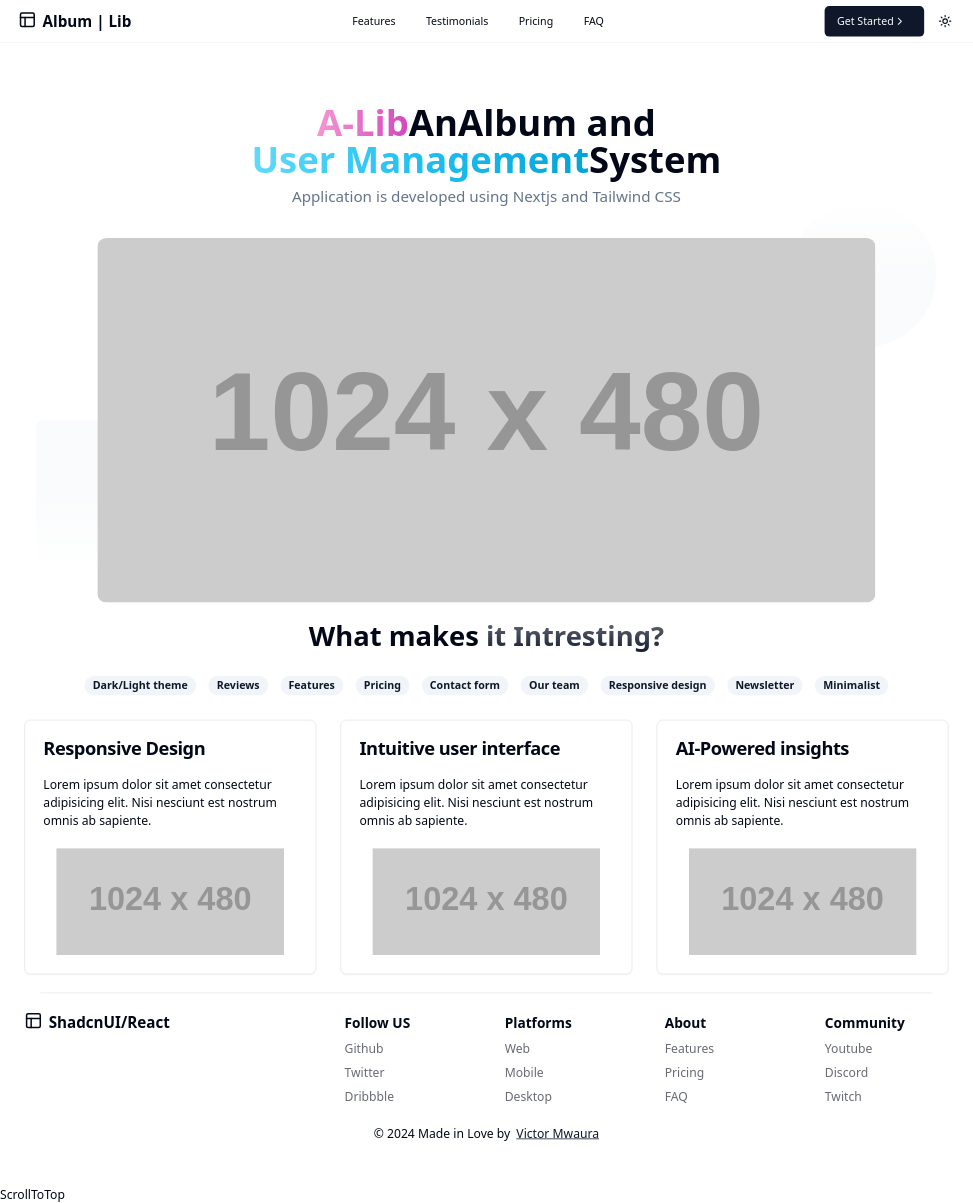
Repository: DevLaukey/savannah-informatics-test
Page: /
The author's editor kept a copy of each file at every save. The page is drawn from the files as they stood at one save, then again after the next save.
The browser window is 1280 px wide. The pictures show the whole page, at 76% of full size.
The project was rebuilt for these pictures with package versions that can differ from the ones it lists, and the page was loaded fresh each time. The framework's server and built-in components were replaced by stand-ins that run in the browser. Also part of the build but not shown: next.config.mjs.

Above is the page before, as saved 2024-06-04 22:33:05.

### app/layout.jsx
import "./globals.css";
import { Inter as FontSans } from "next/font/google";

import { cn } from "@/lib/utils";
import { ThemeProvider } from "@/lib/theme-provider";

const fontSans = FontSans({
  subsets: ["latin"],
  variable: "--font-sans",
});

export default function RootLayout({ children }) {
  return (
    <html lang="en" suppressHydrationWarning>
      <head />
      <body
        className={cn(
          "min-h-screen bg-background font-sans antialiased",
          fontSans.variable
        )}
      >
        <ThemeProvider
          attribute="class"
          defaultTheme="system"
          enableSystem
          disableTransitionOnChange
        >
          {children}
        </ThemeProvider>
      </body>
    </html>
  );
}

### app/page.jsx
import Footer from "@/components/Footer";
import About from "@/components/landing-page/About";
import Hero from "@/components/landing-page/Hero";
import Navbar from "@/components/Navbar";
import ScrollToTop from "@/components/ScrollToTop";


// this is the landing page
export default function Home() {
  return (
    <>
      <Navbar />
      <Hero />
      <About />
      <Footer />
      <ScrollToTop />
    </>
  );
}

### components/Footer.jsx
import { LogoIcon } from "./Icons";

export const Footer = () => {
  return (
    <footer id="footer">
      <hr className="w-11/12 mx-auto" />

      <section className="container py-6 grid grid-cols-2 md:grid-cols-4 xl:grid-cols-6 gap-x-12 gap-y-8">
        <div className="col-span-full xl:col-span-2">
          <a
            rel="noreferrer noopener"
            href="/"
            className="font-bold text-xl flex"
          >
            <LogoIcon />
            ShadcnUI/React
          </a>
        </div>

        <div className="flex flex-col gap-2">
          <h3 className="font-bold text-lg">Follow US</h3>
          <div>
            <a
              rel="noreferrer noopener"
              href="#"
              className="opacity-60 hover:opacity-100"
            >
              Github
            </a>
          </div>

          <div>
            <a
              rel="noreferrer noopener"
              href="#"
              className="opacity-60 hover:opacity-100"
            >
              Twitter
            </a>
          </div>

          <div>
            <a
              rel="noreferrer noopener"
              href="#"
              className="opacity-60 hover:opacity-100"
            >
              Dribbble
            </a>
          </div>
        </div>

        <div className="flex flex-col gap-2">
          <h3 className="font-bold text-lg">Platforms</h3>
          <div>
            <a
              rel="noreferrer noopener"
              href="#"
              className="opacity-60 hover:opacity-100"
            >
              Web
            </a>
          </div>

          <div>
            <a
              rel="noreferrer noopener"
              href="#"
              className="opacity-60 hover:opacity-100"
            >
              Mobile
            </a>
          </div>

          <div>
            <a
              rel="noreferrer noopener"
              href="#"
              className="opacity-60 hover:opacity-100"
            >
              Desktop
            </a>
          </div>
        </div>

        <div className="flex flex-col gap-2">
          <h3 className="font-bold text-lg">About</h3>
          <div>
            <a
              rel="noreferrer noopener"
              href="#"
              className="opacity-60 hover:opacity-100"
            >
              Features
            </a>
          </div>

          <div>
            <a
              rel="noreferrer noopener"
              href="#"
              className="opacity-60 hover:opacity-100"
            >
              Pricing
            </a>
          </div>

          <div>
            <a
              rel="noreferrer noopener"
              href="#"
              className="opacity-60 hover:opacity-100"
            >
              FAQ
            </a>
          </div>
        </div>

        <div className="flex flex-col gap-2">
          <h3 className="font-bold text-lg">Community</h3>
          <div>
            <a
              rel="noreferrer noopener"
              href="#"
              className="opacity-60 hover:opacity-100"
            >
              Youtube
            </a>
          </div>

          <div>
            <a
              rel="noreferrer noopener"
              href="#"
              className="opacity-60 hover:opacity-100"
            >
              Discord
            </a>
          </div>

          <div>
            <a
              rel="noreferrer noopener"
              href="#"
              className="opacity-60 hover:opacity-100"
            >
              Twitch
            </a>
          </div>
        </div>
      </section>

      <section className="container pb-14 text-center">
        <h3>
          &copy; {new Date().getFullYear()} Made in Love by
          <a
            rel="noreferrer noopener"
            target="_blank"
            href="https://github.com/DevLaukey"
            className="text-primary ml-2 underline transition-all border-primary hover:border-b-2"
          >
            Victor Mwaura
          </a>
        </h3>
      </section>
    </footer>
  );
};

export default Footer;

### components/landing-page/About.jsx
import { Badge } from "@/components/ui/badge";
import {
  Card,
  CardContent,
  CardFooter,
  CardHeader,
  CardTitle,
} from "@/components/ui/card";

const features = [
  {
    title: "Responsive Design",
    description:
      "Lorem ipsum dolor sit amet consectetur adipisicing elit. Nisi nesciunt est nostrum omnis ab sapiente.",
    image: "https://placehold.co/1024x480",
  },
  {
    title: "Intuitive user interface",
    description:
      "Lorem ipsum dolor sit amet consectetur adipisicing elit. Nisi nesciunt est nostrum omnis ab sapiente.",
    image: "https://placehold.co/1024x480",
  },
  {
    title: "AI-Powered insights",
    description:
      "Lorem ipsum dolor sit amet consectetur adipisicing elit. Nisi nesciunt est nostrum omnis ab sapiente.",
    image: "https://placehold.co/1024x480",
  },
];

const featureList = [
  "Dark/Light theme",
  "Reviews",
  "Features",
  "Pricing",
  "Contact form",
  "Our team",
  "Responsive design",
  "Newsletter",
  "Minimalist",
];

export const About = () => {
  return (
    <section id="features" className="container py-4 sm:py-6 space-y-8">
      <h2 className="text-3xl lg:text-4xl font-bold md:text-center">

        What makes {""}
        <span className="bg-gradient-to-b from-primary/60 to-primary text-transparent bg-clip-text">
          it Intresting?
        </span>
      </h2>

      <div className="flex flex-wrap md:justify-center gap-4">
        {featureList.map((feature) => (
          <div key={feature}>
            <Badge variant="secondary" className="text-sm">
              {feature}
            </Badge>
          </div>
        ))}
      </div>

      <div className="grid md:grid-cols-2 lg:grid-cols-3 gap-8">
        {features.map(({ title, description, image }) => (
          <Card key={title}>
            <CardHeader>
              <CardTitle>{title}</CardTitle>
            </CardHeader>

            <CardContent>{description}</CardContent>

            <CardFooter>
              <img
                src={image}
                alt="About feature"
                className="w-[200px] lg:w-[300px] mx-auto"
              />
            </CardFooter>
          </Card>
        ))}
      </div>
    </section>
  );
};

export default About;

### components/landing-page/Hero.jsx
const Hero = () => {
  return (
    <>
      {/* Hero */}
      <div className="relative overflow-hidden pt-14 lg:pt-20">
        <div className="container">
          <div className="max-w-2xl text-center mx-auto">
            <main className="text-3xl md:text-5xl font-bold">
              <h1 className="inline-block">
                <span className="inline bg-gradient-to-r from-[#F596D3] to-[#D247BF] text-transparent bg-clip-text">
                  A-Lib
                </span>
                An
              </h1>
              Album and
              <h2 className="inline-block">
                <span className="inline bg-gradient-to-r from-[#61DAFB] via-[#1fc0f1] to-[#03a3d7] text-transparent bg-clip-text">
                  User Management
                </span>
                System
              </h2>
            </main>

            <p className="mt-3 text-xl text-muted-foreground">
              Application is developed using Nextjs and Tailwind CSS
            </p>
          </div>
          <div className="mt-10 relative max-w-5xl mx-auto">
            <img
              src="https://placehold.co/1024x480"
              className="rounded-xl"
              alt="Image Description"
            />
            <div className="absolute bottom-12 -start-20 -z-[1] w-48 h-48 bg-gradient-to-b from-primary-foreground via-primary-foreground to-background p-px rounded-lg">
              <div className="w-48 h-48 rounded-lg bg-background/10" />
            </div>
            <div className="absolute -top-12 -end-20 -z-[1] w-48 h-48 bg-gradient-to-t from-primary-foreground via-primary-foreground to-background p-px rounded-full">
              <div className="w-48 h-48 rounded-full bg-background/10" />
            </div>
          </div>
        </div>
      </div>
      {/* End Hero */}
    </>
  );
};

export default Hero;

### components/Navbar.jsx
"use client";
import React, { useState } from "react";
import {
  NavigationMenu,
  NavigationMenuItem,
  NavigationMenuList,
} from "@/components/ui/navigation-menu";
import {
  Sheet,
  SheetContent,
  SheetHeader,
  SheetTitle,
  SheetTrigger,
} from "@/components/ui/sheet";
import { Button, buttonVariants } from "./ui/button";
import { ChevronRight, Menu } from "lucide-react";
import ModeToggle from "./mode-toggle";
import { LogoIcon } from "./Icons";

const routeList = [
  {
    href: "#features",
    label: "Features",
  },
  {
    href: "#testimonials",
    label: "Testimonials",
  },
  {
    href: "#pricing",
    label: "Pricing",
  },
  {
    href: "#faq",
    label: "FAQ",
  },
];

const Navbar = () => {
  const [isOpen, setIsOpen] = useState(false);
  return (
    <header className="sticky border-b-[1px] top-0 z-40 w-full bg-white dark:border-b-slate-700 dark:bg-background">
      <NavigationMenu className="mx-auto">
        <NavigationMenuList className="container h-14 px-4 w-screen flex justify-between">
          <NavigationMenuItem className="font-bold flex">
            <a
              rel="noreferrer noopener"
              href="/"
              className="ml-2 font-bold text-xl flex"
            >
              <LogoIcon />
              Album | Lib
            </a>
          </NavigationMenuItem>

          {/* mobile */}
          <span className="flex md:hidden">
            <ModeToggle />

            <Sheet open={isOpen} onOpenChange={setIsOpen}>
              <SheetTrigger className="px-2">
                <Menu
                  className="flex md:hidden h-5 w-5"
                  onClick={() => setIsOpen(true)}
                >
                  <span className="sr-only">Menu Icon</span>
                </Menu>
              </SheetTrigger>

              <SheetContent side={"left"}>
                <SheetHeader>
                  <SheetTitle className="font-bold text-xl">
                    Shadcn/React
                  </SheetTitle>
                </SheetHeader>
                <nav className="flex flex-col justify-center items-center gap-2 mt-4">
                  {routeList.map(({ href, label }) => (
                    <a
                      rel="noreferrer noopener"
                      key={label}
                      href={href}
                      onClick={() => setIsOpen(false)}
                      className={buttonVariants({ variant: "ghost" })}
                    >
                      {label}
                    </a>
                  ))}
                  <Button>
                    Get Started
                    <ChevronRight className="mr-2 h-4 w-4" />
                  </Button>
                </nav>
              </SheetContent>
            </Sheet>
          </span>

          {/* desktop */}
          <nav className="hidden md:flex gap-2">
            {routeList.map((route, i) => (
              <a
                rel="noreferrer noopener"
                href={route.href}
                key={i}
                className={`text-[17px] ${buttonVariants({
                  variant: "ghost",
                })}`}
              >
                {route.label}
              </a>
            ))}
          </nav>

          <div className="hidden md:flex gap-2">
            <Button>
              Get Started
              <ChevronRight className="mr-2 h-4 w-4" />
            </Button>
            <ModeToggle />
          </div>
        </NavigationMenuList>
      </NavigationMenu>
    </header>
  );
};
export default Navbar;

### components/ScrollToTop.jsx
import React from 'react'

function ScrollToTop() {
  return (
    <div>ScrollToTop</div>
  )
}

export default ScrollToTop

### components/Icons.jsx
export const LogoIcon = () => {
  return (
    <svg
      xmlns="http://www.w3.org/2000/svg"
      viewBox="0 0 24 24"
      fill="none"
      stroke="currentColor"
      strokeWidth="2"
      strokeLinecap="round"
      strokeLinejoin="round"
      className="lucide lucide-panels-top-left mr-2 w-6 h-6"
    >
      <rect width="18" height="18" x="3" y="3" rx="2" />
      <path d="M3 9h18" />
      <path d="M9 21V9" />
    </svg>
  );
};

### components/ui/badge.jsx
import * as React from "react"
import { cva } from "class-variance-authority";

import { cn } from "@/lib/utils"

const badgeVariants = cva(
  "inline-flex items-center rounded-full border px-2.5 py-0.5 text-xs font-semibold transition-colors focus:outline-none focus:ring-2 focus:ring-ring focus:ring-offset-2",
  {
    variants: {
      variant: {
        default:
          "border-transparent bg-primary text-primary-foreground hover:bg-primary/80",
        secondary:
          "border-transparent bg-secondary text-secondary-foreground hover:bg-secondary/80",
        destructive:
          "border-transparent bg-destructive text-destructive-foreground hover:bg-destructive/80",
        outline: "text-foreground",
      },
    },
    defaultVariants: {
      variant: "default",
    },
  }
)

function Badge({
  className,
  variant,
  ...props
}) {
  return (<div className={cn(badgeVariants({ variant }), className)} {...props} />);
}

export { Badge, badgeVariants }

### components/ui/card.jsx
import * as React from "react"

import { cn } from "@/lib/utils"

const Card = React.forwardRef(({ className, ...props }, ref) => (
  <div
    ref={ref}
    className={cn("rounded-lg border bg-card text-card-foreground shadow-sm", className)}
    {...props} />
))
Card.displayName = "Card"

const CardHeader = React.forwardRef(({ className, ...props }, ref) => (
  <div
    ref={ref}
    className={cn("flex flex-col space-y-1.5 p-6", className)}
    {...props} />
))
CardHeader.displayName = "CardHeader"

const CardTitle = React.forwardRef(({ className, ...props }, ref) => (
  <h3
    ref={ref}
    className={cn("text-2xl font-semibold leading-none tracking-tight", className)}
    {...props} />
))
CardTitle.displayName = "CardTitle"

const CardDescription = React.forwardRef(({ className, ...props }, ref) => (
  <p
    ref={ref}
    className={cn("text-sm text-muted-foreground", className)}
    {...props} />
))
CardDescription.displayName = "CardDescription"

const CardContent = React.forwardRef(({ className, ...props }, ref) => (
  <div ref={ref} className={cn("p-6 pt-0", className)} {...props} />
))
CardContent.displayName = "CardContent"

const CardFooter = React.forwardRef(({ className, ...props }, ref) => (
  <div
    ref={ref}
    className={cn("flex items-center p-6 pt-0", className)}
    {...props} />
))
CardFooter.displayName = "CardFooter"

export { Card, CardHeader, CardFooter, CardTitle, CardDescription, CardContent }

### components/ui/button.jsx
import * as React from "react"
import { Slot } from "@radix-ui/react-slot"
import { cva } from "class-variance-authority";

import { cn } from "@/lib/utils"

const buttonVariants = cva(
  "inline-flex items-center justify-center whitespace-nowrap rounded-md text-sm font-medium ring-offset-background transition-colors focus-visible:outline-none focus-visible:ring-2 focus-visible:ring-ring focus-visible:ring-offset-2 disabled:pointer-events-none disabled:opacity-50",
  {
    variants: {
      variant: {
        default: "bg-primary text-primary-foreground hover:bg-primary/90",
        destructive:
          "bg-destructive text-destructive-foreground hover:bg-destructive/90",
        outline:
          "border border-input bg-background hover:bg-accent hover:text-accent-foreground",
        secondary:
          "bg-secondary text-secondary-foreground hover:bg-secondary/80",
        ghost: "hover:bg-accent hover:text-accent-foreground",
        link: "text-primary underline-offset-4 hover:underline",
      },
      size: {
        default: "h-10 px-4 py-2",
        sm: "h-9 rounded-md px-3",
        lg: "h-11 rounded-md px-8",
        icon: "h-10 w-10",
      },
    },
    defaultVariants: {
      variant: "default",
      size: "default",
    },
  }
)

const Button = React.forwardRef(({ className, variant, size, asChild = false, ...props }, ref) => {
  const Comp = asChild ? Slot : "button"
  return (
    (<Comp
      className={cn(buttonVariants({ variant, size, className }))}
      ref={ref}
      {...props} />)
  );
})
Button.displayName = "Button"

export { Button, buttonVariants }

### components/mode-toggle.jsx
import React from "react";
import { Button } from "@/components/ui/button";
import {
  DropdownMenu,
  DropdownMenuContent,
  DropdownMenuItem,
  DropdownMenuTrigger,
} from "@/components/ui/dropdown-menu";
import { useTheme } from "@/lib/theme-provider";
import { Moon, Sun } from "lucide-react";

export default function ModeToggle() {
  const { setTheme } = useTheme();

  return (
    <DropdownMenu>
      <DropdownMenuTrigger asChild>
        <Button variant="ghost" size="icon" className="ghost">
          <Sun className="h-[1.1rem] w-[1.2rem] rotate-0 scale-100 transition-all dark:-rotate-90 dark:scale-0" />
          <Moon className="absolute h-[1.1rem] w-[1.2rem] rotate-90 scale-0 transition-all dark:rotate-0 dark:scale-100" />
          <span className="sr-only">Toggle theme</span>
        </Button>
      </DropdownMenuTrigger>
      <DropdownMenuContent align="end">
        <DropdownMenuItem onClick={() => setTheme("light")}>
          Light
        </DropdownMenuItem>
        <DropdownMenuItem onClick={() => setTheme("dark")}>
          Dark
        </DropdownMenuItem>
        <DropdownMenuItem onClick={() => setTheme("system")}>
          System
        </DropdownMenuItem>
      </DropdownMenuContent>
    </DropdownMenu>
  );
}

Loaded but not shown: app/globals.css (common file); lib/utils.js (common file); tailwind.config.js (82 lines, source omitted); lib/theme-provider.js (60 lines, source omitted); components/ui/dropdown-menu.jsx (157 lines, source omitted); components/ui/navigation-menu.jsx (104 lines, source omitted); components/ui/sheet.jsx (109 lines, source omitted)

After the next save:
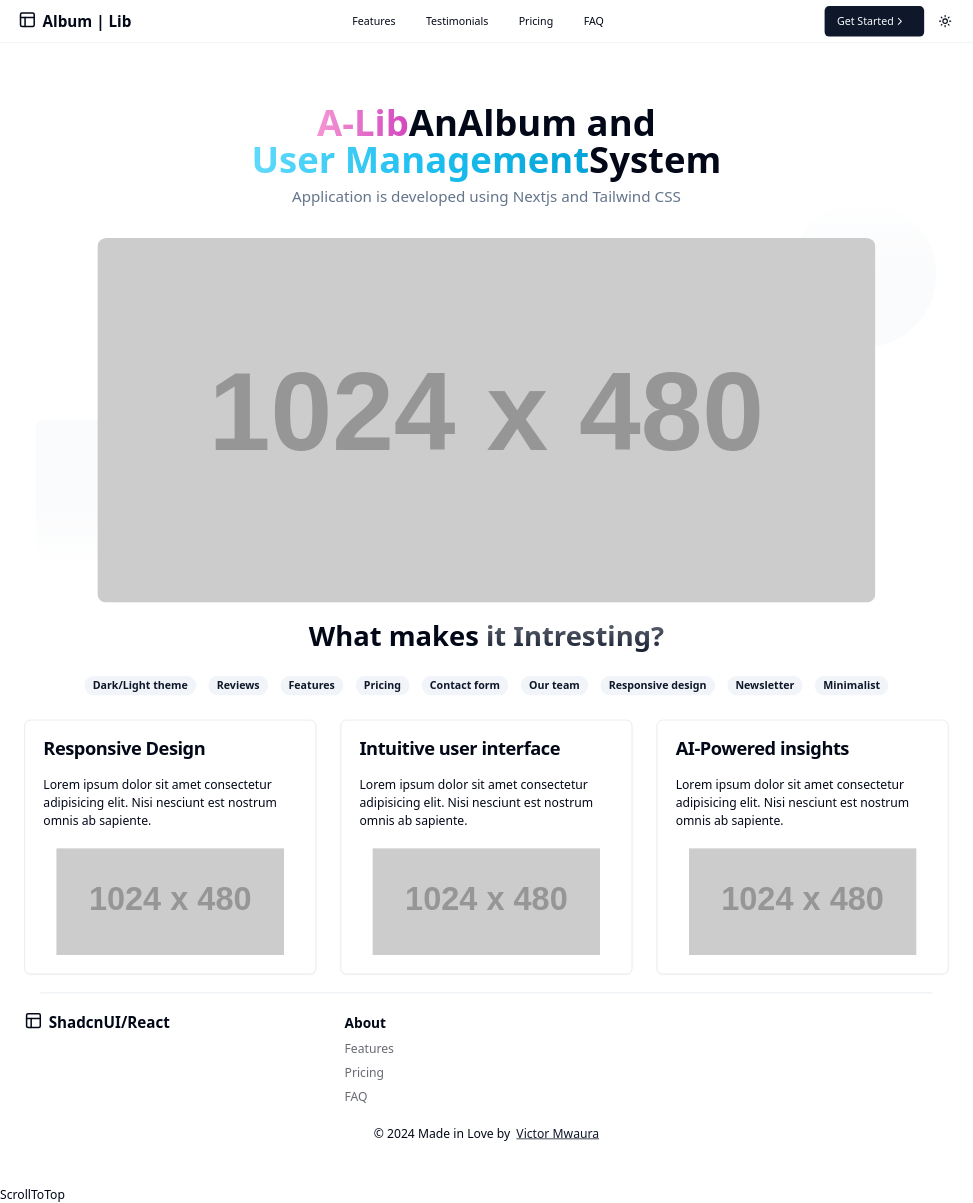
Saved 42 s later.
--- a/components/Footer.jsx
+++ b/components/Footer.jsx
@@ -17,71 +17,7 @@ export const Footer = () => {
           </a>
         </div>
 
-        <div className="flex flex-col gap-2">
-          <h3 className="font-bold text-lg">Follow US</h3>
-          <div>
-            <a
-              rel="noreferrer noopener"
-              href="#"
-              className="opacity-60 hover:opacity-100"
-            >
-              Github
-            </a>
-          </div>
 
-          <div>
-            <a
-              rel="noreferrer noopener"
-              href="#"
-              className="opacity-60 hover:opacity-100"
-            >
-              Twitter
-            </a>
-          </div>
-
-          <div>
-            <a
-              rel="noreferrer noopener"
-              href="#"
-              className="opacity-60 hover:opacity-100"
-            >
-              Dribbble
-            </a>
-          </div>
-        </div>
-
-        <div className="flex flex-col gap-2">
-          <h3 className="font-bold text-lg">Platforms</h3>
-          <div>
-            <a
-              rel="noreferrer noopener"
-              href="#"
-              className="opacity-60 hover:opacity-100"
-            >
-              Web
-            </a>
-          </div>
-
-          <div>
-            <a
-              rel="noreferrer noopener"
-              href="#"
-              className="opacity-60 hover:opacity-100"
-            >
-              Mobile
-            </a>
-          </div>
-
-          <div>
-            <a
-              rel="noreferrer noopener"
-              href="#"
-              className="opacity-60 hover:opacity-100"
-            >
-              Desktop
-            </a>
-          </div>
-        </div>
 
         <div className="flex flex-col gap-2">
           <h3 className="font-bold text-lg">About</h3>
@@ -116,38 +52,7 @@ export const Footer = () => {
           </div>
         </div>
 
-        <div className="flex flex-col gap-2">
-          <h3 className="font-bold text-lg">Community</h3>
-          <div>
-            <a
-              rel="noreferrer noopener"
-              href="#"
-              className="opacity-60 hover:opacity-100"
-            >
-              Youtube
-            </a>
-          </div>
 
-          <div>
-            <a
-              rel="noreferrer noopener"
-              href="#"
-              className="opacity-60 hover:opacity-100"
-            >
-              Discord
-            </a>
-          </div>
-
-          <div>
-            <a
-              rel="noreferrer noopener"
-              href="#"
-              className="opacity-60 hover:opacity-100"
-            >
-              Twitch
-            </a>
-          </div>
-        </div>
       </section>
 
       <section className="container pb-14 text-center">
